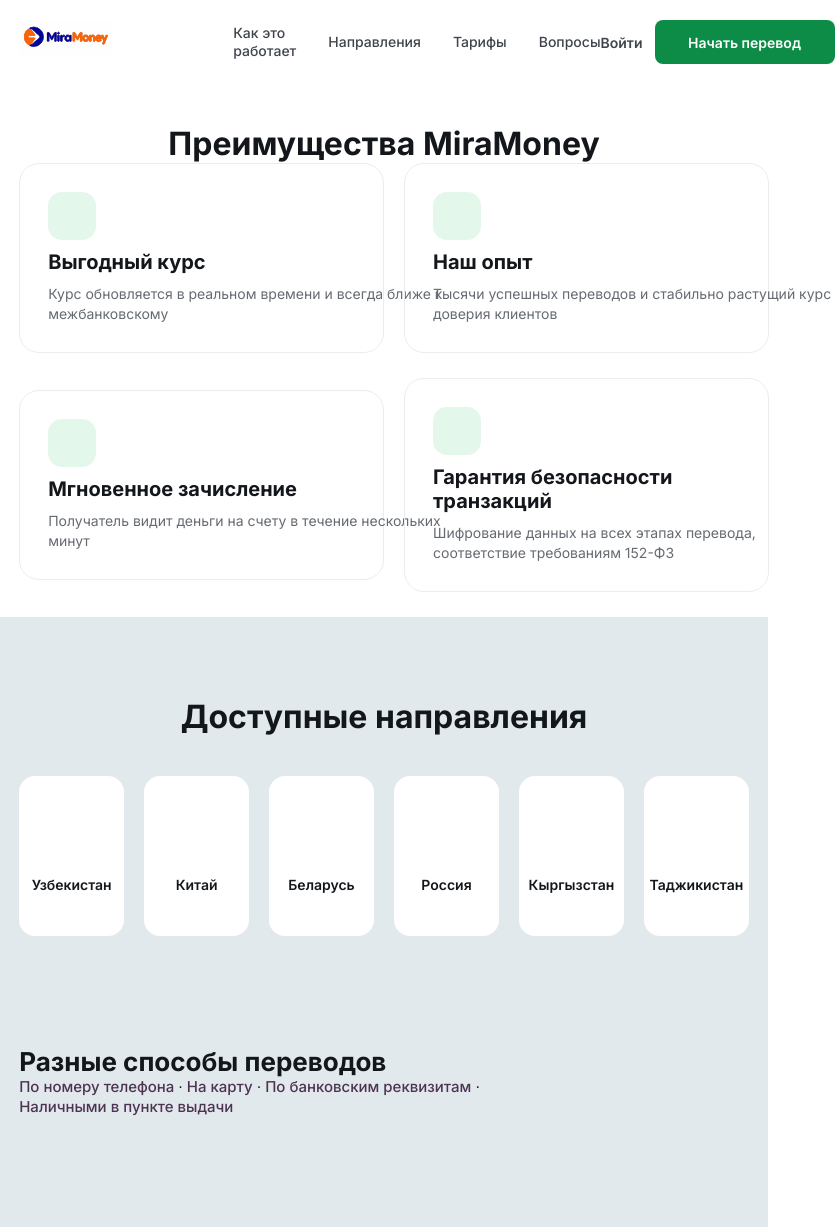
Repository: Shaiyr1/mira-money
Page: index.html
The author's editor kept a copy of each file at every save. The page is drawn from the files as they stood at one save, then again after a run of saves.
The browser window is 768 px wide. The page is 835 px wide, then 833 px, so the pictures cover 835 px, including what lies to the right of the window. The pictures show the whole page.

Above is the page before, as saved 2026-10-23 16:59:12.

### index.html
<!DOCTYPE html>
<html lang="en">
<head>
    <meta charset="UTF-8">
    <meta http-equiv="X-UA-Compatible" content="IE=edge">
    <meta name="viewport" content="width=device-width, initial-scale=1.0">
    <link rel="stylesheet" href="/src/css/style.css">
    <title>Document</title>
</head>
<body>
    <header class="header">
        <nav class="header-nav">
            <a class="header-nav__link" href="">
                <img class="header-nav__link-logo" src="./src/img/logo.svg" alt="logo">
            </a>
            <ul class="header-nav__ul">
                <li class="header-nav__li">
                    <a class="header-nav__li-link" href="">Как это работает</a>
                </li>
                <li class="header-nav__li">
                    <a class="header-nav__li-link" href="">Направления</a>
                </li>
                <li class="header-nav__li">
                    <a class="header-nav__li-link" href="">Тарифы</a>
                </li>
                <li class="header-nav__li">
                    <a class="header-nav__li-link" href="">Вопросы</a>
                </li>
            </ul>
            <div class="header-nav__sign">
                <a class="header-nav__sign-link" href="">Войти</a>
                <button class="header-nav__sign-btn">Начать перевод</button>
            </div>
        </nav>
    </header>
    <main class="main">
        <section class="home">
            <div class="container">

            </div>
        </section>
        <section class="advantages">
            <div class="container">
                <h2 class="advantages__title">
                    Преимущества MiraMoney
                </h2>
                <div class="advantages-blocks">
                    <div class="advantages-block">
                        <img class="advantages-block__icon" src="./src/img/icon.svg" alt="icon">
                        <h5 class="advantages-block__title">Выгодный курс</h5>
                        <p class="advantages-block__subtitle">Курс обновляется в реальном времени и всегда ближе к межбанковскому</p>
                    </div>
                    <div class="advantages-block">
                        <img class="advantages-block__icon" src="./src/img/icon.svg" alt="icon">
                        <h5 class="advantages-block__title">Наш опыт</h5>
                        <p class="advantages-block__subtitle">Тысячи успешных переводов и стабильно растущий курс доверия клиентов</p>
                    </div>
                </div>
                <div class="advantages-blocks">
                    <div class="advantages-block">
                        <img class="advantages-block__icon" src="./src/img/icon.svg" alt="icon">
                        <h5 class="advantages-block__title">Мгновенное зачисление</h5>
                        <p class="advantages-block__subtitle">Получатель видит деньги на счету в течение нескольких минут</p>
                    </div>
                    <div class="advantages-block">
                        <img class="advantages-block__icon" src="./src/img/icon.svg" alt="icon">
                        <h5 class="advantages-block__title">Гарантия безопасности транзакций</h5>
                        <p class="advantages-block__subtitle">Шифрование данных на всех этапах перевода, соответствие требованиям 152-ФЗ</p>
                    </div>
                </div>
            </div>
        </section>
        <section class="description">
            <div class="container">
                <h2 class="description__title">Доступные направления</h2>
                <div class="description-items">
                    <div class="description-item">
                        <p class="description-item__country">Узбекистан</p>
                    </div>
                    <div class="description-item">
                        <p class="description-item__country">Китай</p>
                    </div>
                    <div class="description-item">
                        <p class="description-item__country">Беларусь</p>
                    </div>
                    <div class="description-item">
                        <p class="description-item__country">Россия</p>
                    </div>
                    <div class="description-item">
                        <p class="description-item__country">Кыргызстан</p>
                    </div>
                    <div class="description-item">
                        <p class="description-item__country">Таджикистан</p>
                    </div>
                </div>
                <div class="description__ways">
                    <h3 class="description__ways-title">Разные способы переводов</h3>
                    <p class="description__ways-subtitle"><a href=""> По номеру телефона</a>  ·  <a href="">На карту</a>  ·
                        <a href="">По банковским реквизитам </a>  ·  <a href="">Наличными в пункте выдачи</a> </p>
                </div>
            </div>
        </section>
    </main>
    <footer class="footer">
        <div class="container">

        </div>
    </footer>
</body>
</html>

### src/css/style.css
@import url('https://fonts.googleapis.com/css2?family=Inter:ital,opsz,wght@0,14..32,100..900;1,14..32,100..900&display=swap');

* {
    margin: 0;
    padding: 0;
    box-sizing: border-box;
}

.container {
    width: 1280px;
    margin: 0 auto;
}

.header {}

.header-nav {
    width: 95%;
    height: 84px;
    margin: 0 auto;
    display: flex;
    align-items: center;
}

.header-nav__link {}

.header-nav__link-logo {}

.header-nav__ul {
    margin-left: 120px;
    display: flex;
    align-items: center;
    gap: 32px;
}

.header-nav__li {
    list-style-type: none;
}

.header-nav__li-link {
    text-decoration: none;
    color: #3f444c;
    font-size: 14px;
    font-family: Inter;
    font-weight: 500;
    transition: 0.4s;
}

.header-nav__li-link:hover {
    color: #0c8c47;
    transition: 0.4s;
    font-size: 14.5px;
}

.header-nav__sign {
    margin-left: auto;
    display: flex;
    align-items: center;
    gap: 12px;
}

.header-nav__sign-link {
    text-decoration: none;
    color: #3f454c;
    font-size: 14px;
    font-family: Inter;
    font-weight: 600;
    transition: 0.4s;
}

.header-nav__sign-link:hover {
    color: #0c8c47;
    transition: 0.4s;
    font-size: 14.5px;

}

.header-nav__sign-btn {
    background-color: #0c8c47;
    width: 180px;
    height: 44px;
    border-radius: 8px;
    color: #ffffff;
    font-size: 14px;
    font-family: Inter;
    font-weight: 600;
    border: none;
    cursor: pointer;
    transition: 0.4s;
}

.header-nav__sign-btn:hover {
    background-color: rgb(0, 96, 0);
    transition: 0.4s;
}



.advantages {
    padding-top: 40px;
}

.advantages__title {
    color: #13171b;
    text-align: center;
    font-size: 32px;
    font-family: Inter;
    font-weight: 700;
}

.advantages-blocks {
    width: 100%;
    display: flex;
    align-items: center;
    gap: 24px;
    margin-bottom: 40px;
}

.advantages-block {
    width: 50%;
    border: 1px solid #eaedef;
    border-radius: 20px;
    padding: 28px;
    display: flex;
    flex-direction: column;
    align-items: flex-start;
    gap: 10px;
}

.advantages-block__icon {}

.advantages-block__title {
    color: #13171b;
    font-size: 20px;
    font-family: Inter;
    font-weight: 700;

}

.advantages-block__subtitle {
    width: 400px;
    color: #666b72;
    text-align: left;
    font-size: 14px;
    font-family: Inter;
    line-height: 20px;
}




.description {
    padding: 80px 0;
    background-color: rgb(226, 233, 237);
}

.description__title {
    color: #13171b;
    text-align: center;
    font-size: 32px;
    font-family: Inter;
    font-weight: 700;
}

.description-items {
    margin-top: 40px;
    display: flex;
    justify-content: center;
    align-items: center;
    gap: 20px;
}

.description-item {
    background-color: #ffffff;
    width: 166px;
    height: 160px;
    border-radius: 16px;
}

.description-item__country {
    margin-top: 100px;
    color: #13171b;
    text-align: center;
    vertical-align: text-top;
    font-size: 14px;
    font-family: Inter;
    font-weight: 600;
}

.description__ways {
    margin-top: 80px;
    padding: 30px 0;
}

.description__ways-title {
    color: #13171b;
    text-align: left;
    font-size: 26px;
    font-family: Inter;
    font-weight: 700;
}

.description__ways-subtitle {
    width: 548px;
    font-size: 15px;

}

.description__ways-subtitle a {
    color: #4d3352;
    text-align: left;
    font-size: 15px;
    font-family: Inter;
    font-weight: 500;
    text-decoration: none;
    line-height: 20px;
}



@media (max-width: 1024px) {
    .container {
        width: 95%;
    }

    .advantages-blocks {
        gap: 20px;
        margin-bottom: 25px;

    }
}

@media(max)

After the next 4 saves:
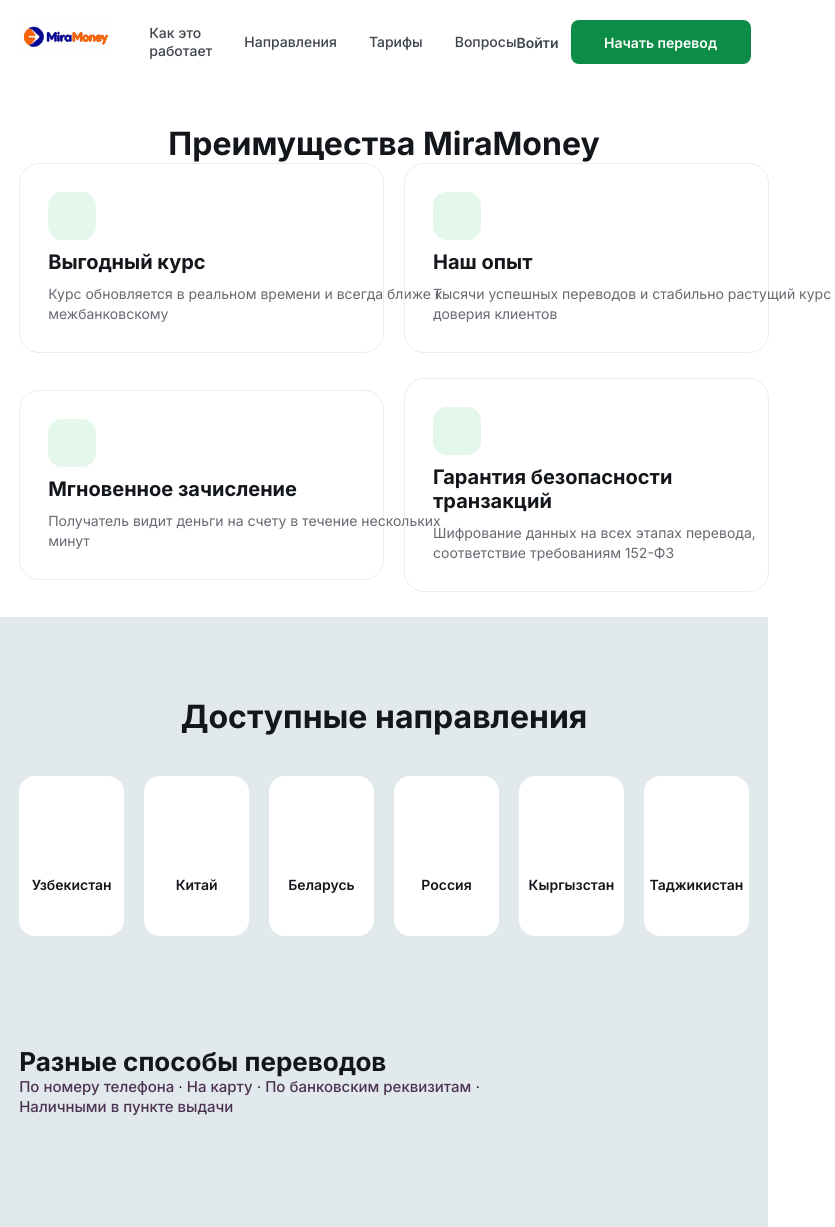
The 4 saves are shown as one change because they came seconds apart.
The last was saved 12 s later.
--- a/src/css/style.css
+++ b/src/css/style.css
@@ -229,4 +229,8 @@
     }
 }
 
-@media(max)
+@media(max-width: 768px) {
+    .header-nav__ul {
+        margin-left: 36px;
+    }
+}
